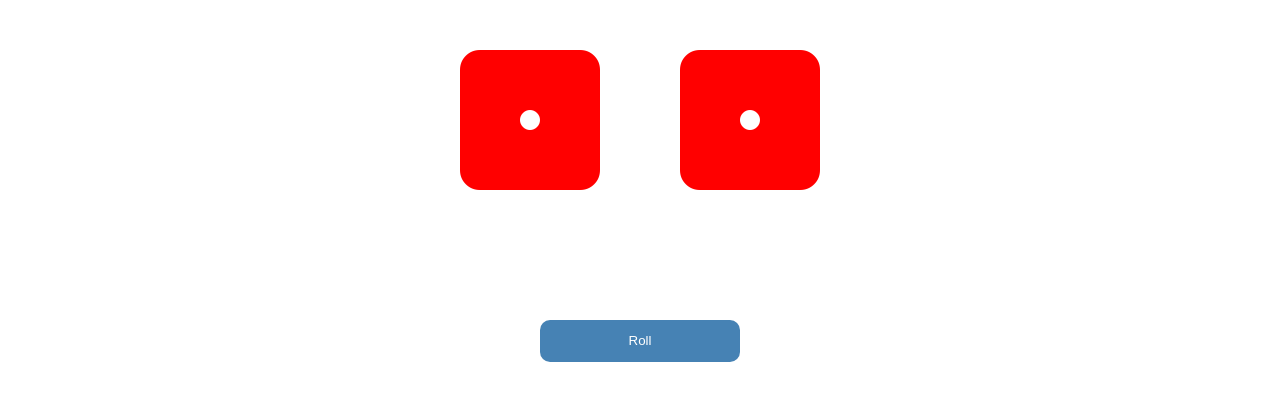
Repository: dung8466/learn-react
Page: / (app in roll-dice/)
These files come from the project's save history. The page is drawn as it stood at one moment and after the next save; the edit follows.
The browser window is 1280 px wide. The pictures show the whole page.
The project was rebuilt for these pictures with package versions that can differ from the ones it lists, and the page was loaded fresh each time. Also part of the build but not shown: roll-dice/src/App.css.

Above is the page before, as saved 2022-09-17 21:28:51.

### roll-dice/public/index.html
<!DOCTYPE html>
<html lang="en">
  <head>
    <meta charset="utf-8" />
    <link rel="icon" href="%PUBLIC_URL%/favicon.ico" />
    <meta name="viewport" content="width=device-width, initial-scale=1" />
    <meta name="theme-color" content="#000000" />
    <meta
      name="description"
      content="Web site created using create-react-app"
    />
    <link
      rel="stylesheet"
      href="https://use.fontawesome.com/releases/v5.7.0/css/all.css"
      integrity="sha384-lZN37f5QGtY3VHgisS14W3ExzMWZxybE1SJSEsQp9S+oqd12jhcu+A56Ebc1zFSJ"
      crossorigin="anonymous"
    />
    <link rel="apple-touch-icon" href="%PUBLIC_URL%/logo192.png" />
    <!--
      manifest.json provides metadata used when your web app is installed on a
      user's mobile device or desktop. See https://developers.google.com/web/fundamentals/web-app-manifest/
    -->
    <link rel="manifest" href="%PUBLIC_URL%/manifest.json" />
    <!--
      Notice the use of %PUBLIC_URL% in the tags above.
      It will be replaced with the URL of the `public` folder during the build.
      Only files inside the `public` folder can be referenced from the HTML.

      Unlike "/favicon.ico" or "favicon.ico", "%PUBLIC_URL%/favicon.ico" will
      work correctly both with client-side routing and a non-root public URL.
      Learn how to configure a non-root public URL by running `npm run build`.
    -->
    <title>React App</title>
  </head>
  <body>
    <noscript>You need to enable JavaScript to run this app.</noscript>
    <div id="root"></div>
    <!--
      This HTML file is a template.
      If you open it directly in the browser, you will see an empty page.

      You can add webfonts, meta tags, or analytics to this file.
      The build step will place the bundled scripts into the <body> tag.

      To begin the development, run `npm start` or `yarn start`.
      To create a production bundle, use `npm run build` or `yarn build`.
    -->
  </body>
</html>

### roll-dice/src/App.js
import React, {Component} from 'react';
import './App.css';
import Rolldice from './RollDice';
class App extends Component {
  render(){
  return (
    <Rolldice />
  );
}
}

export default App;

### roll-dice/src/RollDice.js
import React, {Component} from "react";
import Dice from "./Dice";
import './RollDice.css';

class Rolldice extends Component{
    static defaultProps = {
        sides : ['one' , 'two', 'three', 'four', 'five', 'six']
    }
    constructor(props){
        super(props);
        this.state = {dice1 : 'one', dice2: 'one', rolling: false};
        this.roll = this.roll.bind(this);
    };
    roll(){
        const temp1 = this.props.sides[Math.floor(Math.random() * this.props.sides.length)];
        const temp2 = this.props.sides[Math.floor(Math.random() * this.props.sides.length)];
        this.setState({dice1 : temp1, dice2: temp2, rolling: true});
        setTimeout(() => {
            this.setState({ rolling: false });
          }, 1000);
    };
    render(){
        return(
            <div className="container">
                <div className="dice">
                    <Dice face={this.state.dice1} rolling={this.state.rolling}/>
                    <Dice face={this.state.dice2} rolling={this.state.rolling}/>
                </div>
                <button className="btn" onClick={this.roll} disabled={this.state.rolling}>
                    {this.state.rolling ? 'Rolling' : 'Roll'}
                </button>
            </div>
        );
    }
}

export default Rolldice;

### roll-dice/src/Dice.js
import React, {Component} from 'react';
import './Dice.css'

class Dice extends Component{
    render(){
        return(
            <i className={`fas fa-dice-${this.props.face} ${this.props.rolling && 'shaking'}`}></i>
        );
    }
}

export default Dice;

### roll-dice/src/RollDice.css
.container{
    display: flex;
    flex-direction: column;
    justify-content: center;
    align-items: center;
    gap: 5em;
}

.btn{
    width: 15em;
    padding: 1em;
    background-color: steelblue;
    color: white;
    border: 0px;
    border-radius: 10px;
}

### roll-dice/src/Dice.css
.fas{
    font-size: 10em;
    padding: 0.25em;
    color: steelblue;
    margin: 0;
}

.fa-dice-one{
    color: red;
}

.shaking {
    animation-name: wobble;
    animation-duration: 1s;
  }

  @keyframes wobble {
    from {
      transform: translate3d(0, 0, 0);
    }

    15% {
      transform: translate3d(-25%, 0, 0) rotate3d(0, 0, 1, -5deg);
    }

    30% {
      transform: translate3d(20%, 0, 0) rotate3d(0, 0, 1, 3deg);
    }

    45% {
      transform: translate3d(-15%, 0, 0) rotate3d(0, 0, 1, -3deg);
    }

    60% {
      transform: translate3d(10%, 0, 0) rotate3d(0, 0, 1, 2deg);
    }

    75% {
      transform: translate3d(-5%, 0, 0) rotate3d(0, 0, 1, -1deg);
    }

    to {
      transform: translate3d(0, 0, 0);
    }
  }

Loaded but not shown: roll-dice/src/index.js (common file); roll-dice/src/index.css (common file); roll-dice/src/reportWebVitals.js (common file)

After the next save:
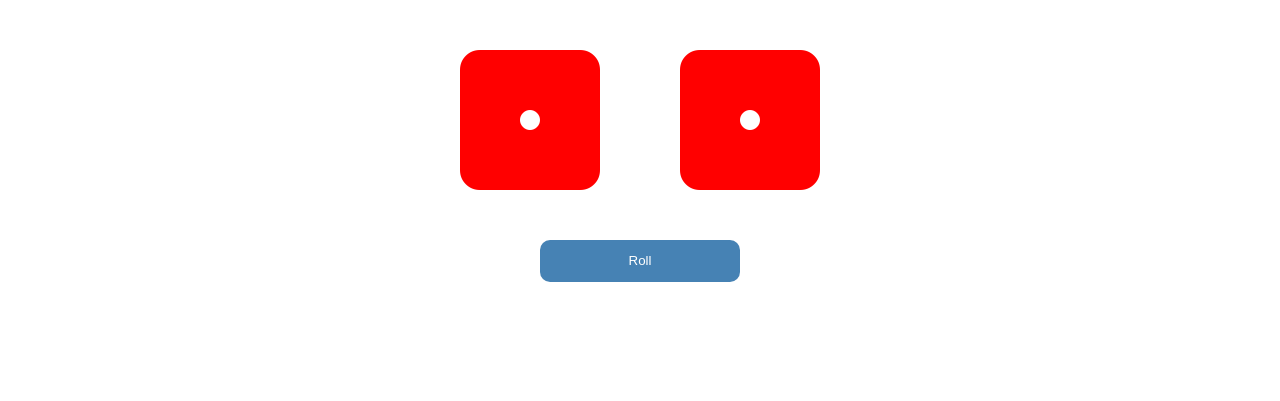
Saved 13 s later.
--- a/roll-dice/src/RollDice.css
+++ b/roll-dice/src/RollDice.css
@@ -3,7 +3,6 @@
     flex-direction: column;
     justify-content: center;
     align-items: center;
-    gap: 5em;
 }
 
 .btn{

After the save that followed:
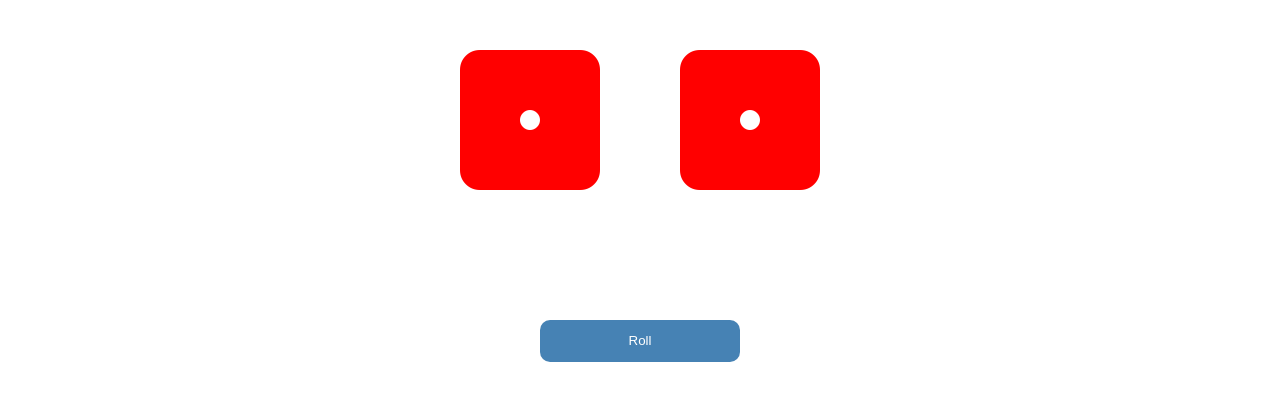
Saved 11 s later.
--- a/roll-dice/src/RollDice.css
+++ b/roll-dice/src/RollDice.css
@@ -3,6 +3,7 @@
     flex-direction: column;
     justify-content: center;
     align-items: center;
+    gap: 5em;
 }
 
 .btn{
